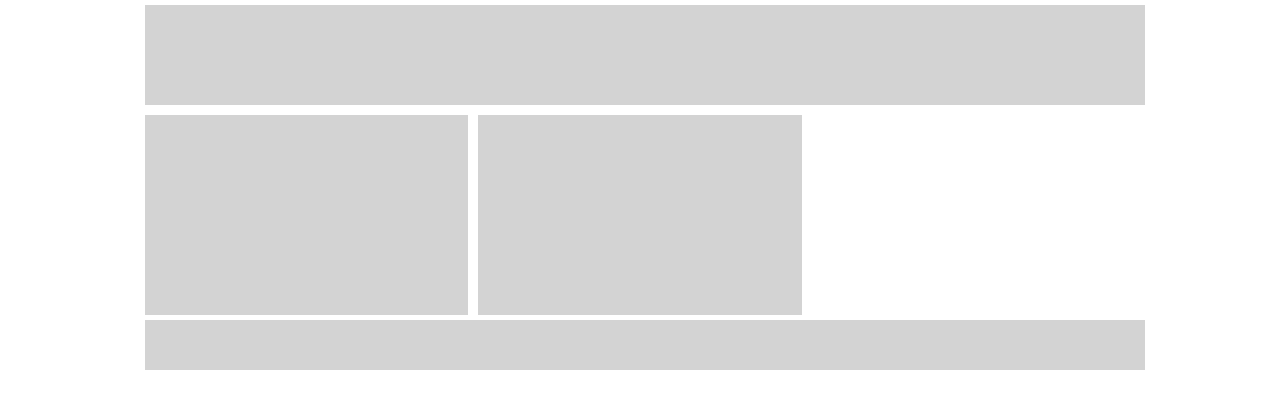
Repository: onopriienkoalina/onopriienkoalina.github.io
Page: dz9_containers/index.html
These files come from the project's save history. The page is drawn as it stood at one moment and after a run of saves; the edit follows.
The browser window is 1280 px wide. The pictures show the whole page.
The style sheet was rebuilt from its Sass, Less or Tailwind sources for each picture, by a compiler version that may differ from the author's.

Above is the page before, as saved 2021-12-01 18:29:29.

### dz9_containers/index.html
<!DOCTYPE html>
<html lang="en">
<head>
    <meta charset="UTF-8">
    <meta http-equiv="X-UA-Compatible" content="IE=edge">
    <meta name="viewport" content="width=device-width, initial-scale=1.0">
    <title>Document</title>
    <link href="reset.css" rel="stylesheet">
    <link href="css/style.css" rel="stylesheet">
</head>
<body>
    <div class="block1">
<div class="header"></div>
<div class="section1"></div>
<div class="section2"></div>
<div class="section3"></div>
<div class="footer"></div>
</div>
</body>
</html>

### dz9_containers/style.scss

.section1{
 float: left;
 width: 32.33%;
 height: 200px;
 margin: 5px;
 background-color: #D3D3D3;
}
.section2{
    float: left;
    width: 32.33%;
    height: 200px;
    margin: 5px;
    background-color: #D3D3D3;
}
.header {
    clear: left;
    width: 100%;
    height: 100px;
    margin: 5px;
    background-color: #D3D3D3;
}
.footer {
    clear: left;
    width: 100%;
    height: 50px;
    margin: 5px;
    background-color: #D3D3D3;
}
.block1 {
    width: 1000px;
    margin: auto;
}

Loaded but not shown: dz9_containers/reset.css (common file)

After the next 5 saves:
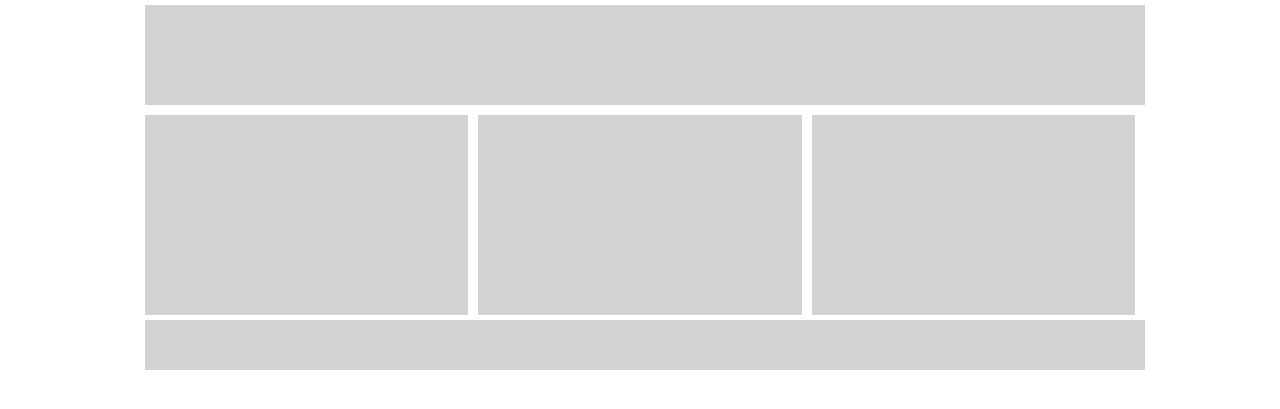
The 5 saves are shown as one change because 1 did not build or start and some came seconds apart.
The last was saved 13 s later.
--- a/dz9_containers/style.scss
+++ b/dz9_containers/style.scss
@@ -7,6 +7,13 @@
  background-color: #D3D3D3;
 }
 .section2{
+    float: left;
+    width: 32.33%;
+    height: 200px;
+    margin: 5px;
+    background-color: #D3D3D3;
+}
+.section3{
     float: left;
     width: 32.33%;
     height: 200px;
